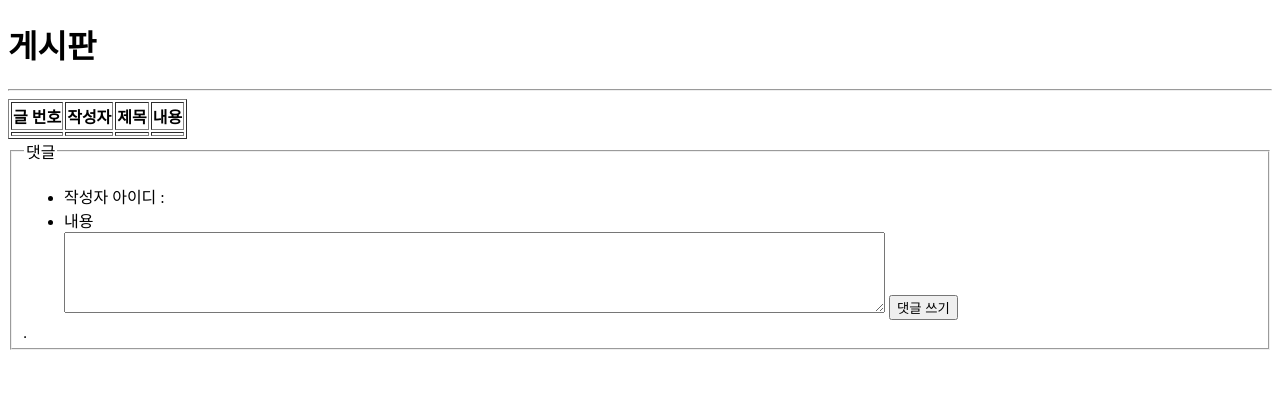
Repository: khy4701/JavaServerPage-Servlet
Page: http://localhost/07.BoardProejct/View.jsp
An editor plug-in stored every save of this project. The page is shown before and after the next save, followed by the edit.
The browser window is 1280 px wide. The pictures show the whole page.
The page is served by Tomcat 9. Other server files are loaded and not shown.

Above is the page before, as saved 2016-07-27 04:16:00.

### 07.BoardProejct/WebContent/View.jsp
<%@ page language="java" contentType="text/html; charset=UTF-8"
    pageEncoding="UTF-8"%>
<%@ taglib uri="http://java.sun.com/jsp/jstl/core" prefix="c" %>

<!DOCTYPE html>
<html>
<head>
<meta charset="UTF-8">
<title>Insert title here</title>

<script src= "js/jquery-3.1.0.js"></script>
<script>
// JQuery를 이용한 Ajax 구현

$(function(){

	$("#btnSubmit").click(function(){
		$.ajax({
			// 보낼 URL
			url : "reply.kitri",

			// 같이 보낼 Data
			data : {"boardNum": $("#boardNum").val() , "id": $("#id").val() , "content": $("#content").val() },

			dataType : "json",
			// 성공 했을 때
			success: function(data){
				alert("success");
				console.log(data);
			},
			// 실패 했을 때
			error : function(){
				alert("fail");
			}
		});
	});
});

</script>

</head>
<body>

	<h1>게시판</h1>
	<hr>

	<c:set var="content" value="${requestScope.ContentInfo}" />
	<table border="1">

		<tr>
			<th>글 번호</th>
			<th>작성자</th>
			<th>제목</th>
			<th>내용</th>
		</tr>

		<tr>
			<td align="center">${content.num }</td>
			<td align="center">${content.name }</td>
			<td align="center">${content.title }</td>
			<td align="center">${content.content }</td>
	</table>

	<fieldset>
		<legend>댓글 </legend>
		<form>

			<!-- 세션에 저장된 아이디를 Ajax로 읽어오기 위해서 hidden 을 이용하여 id를 지정 -->
			<input type="hidden" id="id" value="${sessionScope.id}"> <input
				type="hidden" id="boardNum" value="${content.num}">

			<ul>
				<li>작성자 아이디 : ${content.id}</li>

				<!-- name : Form 태그에서 사용, id : Ajax에서 사용 -->
				<li>내용 <br>
					<textarea rows="5" cols="100" name="content" id="content"></textarea>
					<input type="button" value="댓글 쓰기" id="btnSubmit">
				</li>
			</ul>
		</form>

		<div id="list">
			<table border="1">

			</table>
		</div>
	</fieldset>
</body>
</html>

Loaded but not shown: 07.BoardProejct/WebContent/js/jquery-3.1.0.js (library)

After the next save:
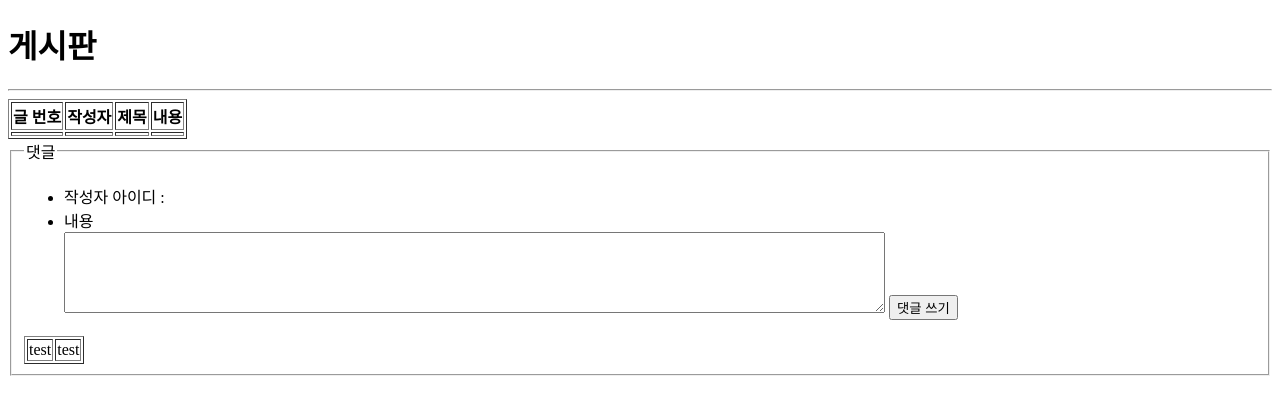
Saved 65 s later.
--- a/07.BoardProejct/WebContent/View.jsp
+++ b/07.BoardProejct/WebContent/View.jsp
@@ -82,7 +82,10 @@ $(function(){
 
 		<div id="list">
 			<table border="1">
-
+				<tr>
+					<td>test</td>
+					<td>test</td>
+				</tr>
 			</table>
 		</div>
 	</fieldset>
